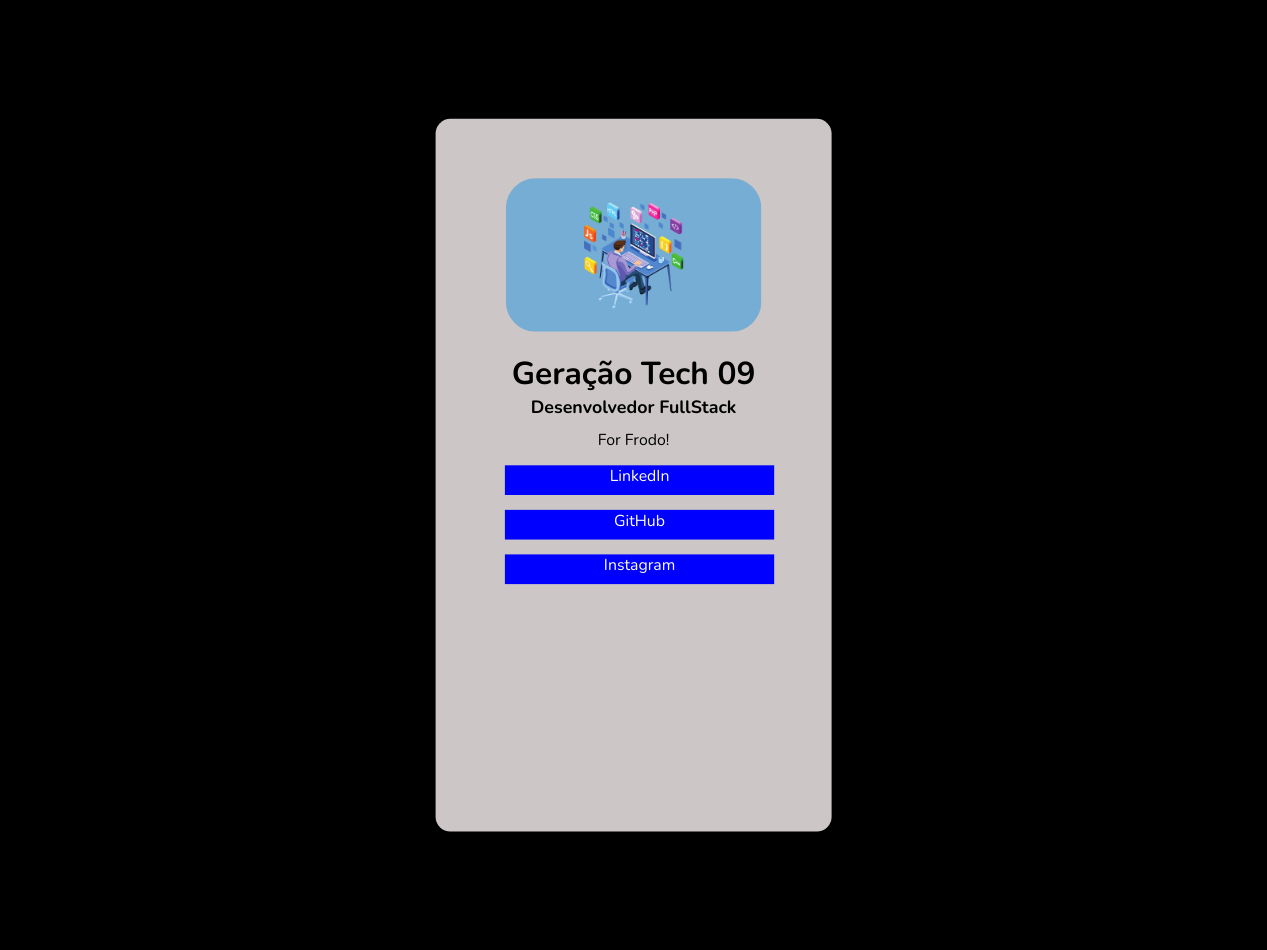
Repository: medeirosregis/linktree-gt09
Page: index.html
The author's editor kept a copy of each file at every save. The page is drawn from the files as they stood at one save, then again after a run of saves.
The browser window is 1280 px wide. The pictures show the whole page, at 99% of full size.

Above is the page before, as saved 2025-04-11 09:30:14.

### index.html
<!DOCTYPE html>
<html lang="pt-br">
<head>
    <meta charset="UTF-8">
    <meta name="viewport" content="width=device-width, initial-scale=1.0">
    <title>Linktree</title>
    <link rel="stylesheet" href="style.css">
    <link rel="preconnect" href="https://fonts.googleapis.com">
    <link rel="preconnect" href="https://fonts.gstatic.com" crossorigin>
    <link href="https://fonts.googleapis.com/css2?family=Nunito:ital,wght@0,200..1000;1,200..1000&display=swap" rel="stylesheet">

</head>
<body>
    <div class="container-main">
        <div class="container-image">

            <img src="./assets/freelance-work-7308505_1280.png" alt="image-profile"/>
        <div class="container-infos">
            <h1>Geração Tech 09</h1>
            <h2>Desenvolvedor FullStack</h2>
        </div>
        <div class="container-easter-egg">
            <p>For Frodo!</p>
        </div>
        <div class="container-social">
            <ul>
                <li><a href="https://www.linkedin.com/login/pt" target="_blank">
                        LinkedIn
                </li>
                <li>
                    <a href="https://github.com/medeirosregis" target="_blank">
                        GitHub
                </li>
                <li>
                    <a href="https://instagram.com/" target="_blank">
                        Instagram
                </li>
            </ul>
        </div>
    </div>
</body>
</html>

### style.css
*{
    font-family: "Nunito", sans-serif;
    margin: 0;
    padding: 0;
    box-sizing: border-box;

}

body {
    background-color:rgb(0, 0, 0);
}

.container-main {
    background-color: #ccc6c6;
    width: 400px;
    height: 720px;
    box-sizing: border-box;
    margin: 120px auto;
    padding: 60px 70px;
    border-radius: 15px;
    text-align: center;
}

.container-image {
    margin: 0;

    & img {
        width: 258px;
        border-radius: 30px;
    }
}
.container-infos {
    margin-top: 15px;
    margin-bottom: 10px;
}
.container-infos h1 {
    font-weight: 700px;
}
.container-infos h2 {
    font-weight: 600px;
    font-size: 18px;
}
.container-social ul {
    list-style-type: none;
}
.container-social a {
    text-decoration: none;
    color: white;
}
.container-social li {
    width: 272px;
    height: 30px;
    background-color: blue;
    margin: 15px 0;
}

After the next 2 saves:
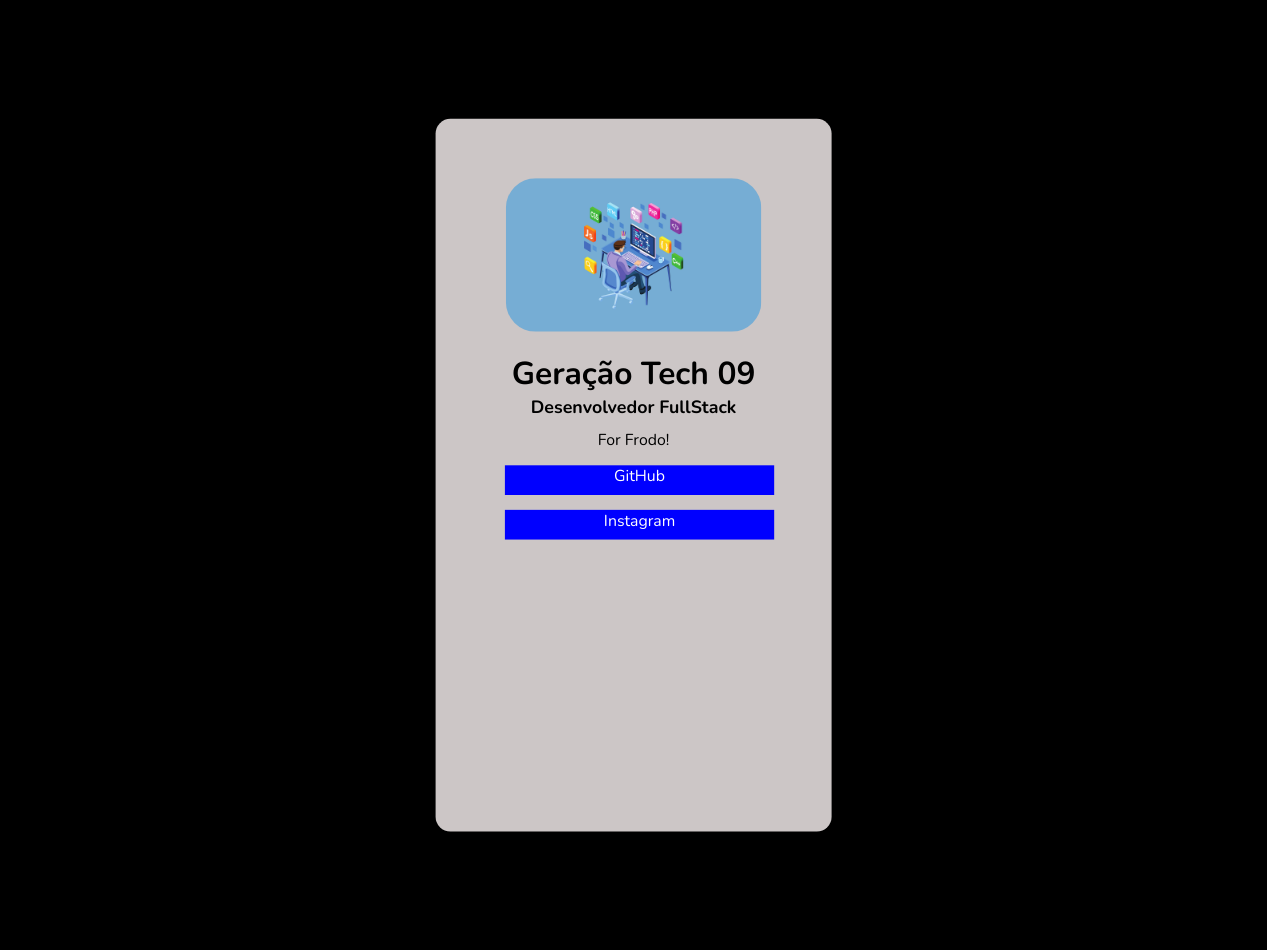
The 2 saves are shown as one change because they came seconds apart.
The last was saved 10 s later.
--- a/index.html
+++ b/index.html
@@ -24,8 +24,8 @@
         </div>
         <div class="container-social">
             <ul>
-                <li><a href="https://www.linkedin.com/login/pt" target="_blank">
-                        LinkedIn
+                <a href="https://www.linkedin.com/login/pt" target="_blank">
+
                 </li>
                 <li>
                     <a href="https://github.com/medeirosregis" target="_blank">
